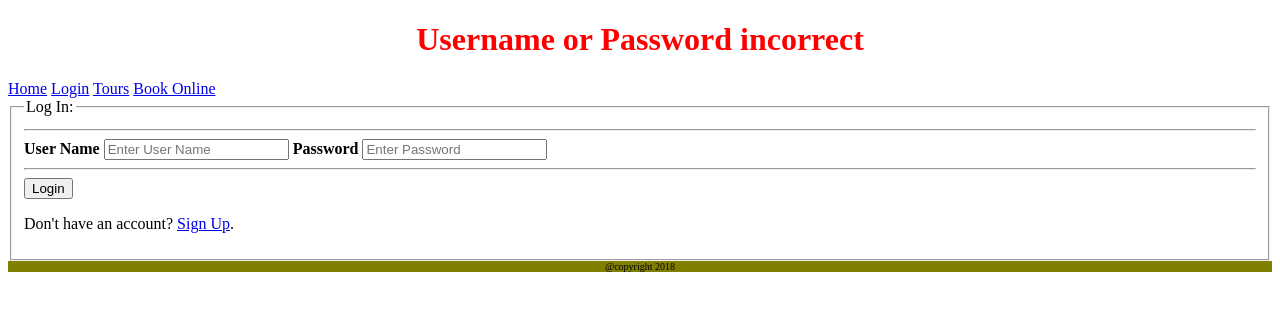
Repository: Rahim89/ANYFT
Page: http://localhost/CaseStudy/WEB-INF/views/errorPage.jsp
The author's editor kept a copy of each file at every save. The page is drawn from the files as they stood at one save, then again after the next save.
The browser window is 1280 px wide. The pictures show the whole page.
The page is served by Tomcat 9. Nobody is signed in. The template is opened directly, without the code that normally fills it, so the values that code supplies are empty.

Above is the page before, as saved 2018-09-17 18:09:57.

After the next save:
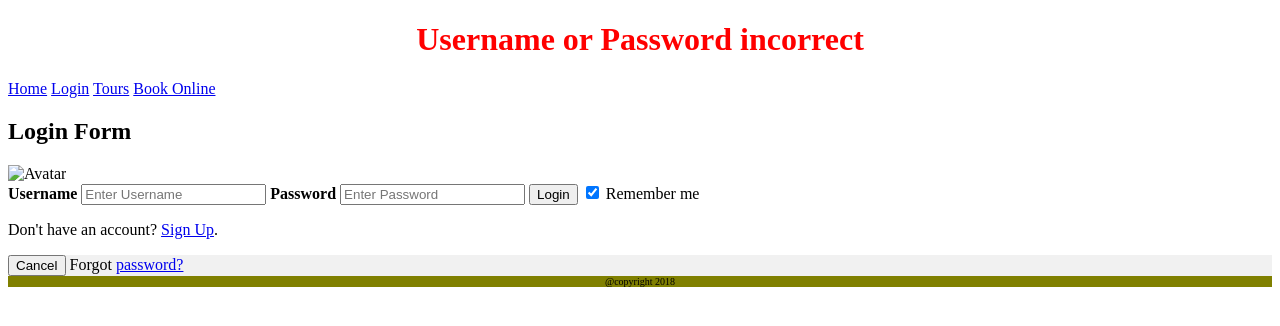
Not found: CaseStudy/CaseStudy/WEB-INF/views/img_avatar2.png
Saved 7 min 59 s later.
--- a/CaseStudy/WebContent/WEB-INF/views/login.jsp
+++ b/CaseStudy/WebContent/WEB-INF/views/login.jsp
@@ -11,30 +11,38 @@
     <%@include file="header.jsp" %>
     </div>
 
-	<form action="userverification" method="post">
-	  <fieldset>
-	    <legend>Log In:</legend>
+	<h2>Login Form</h2>
 
-	    <div class="container">
-    <hr>
+<form action="/home">
+  <div class="imgcontainer">
+    <img src="img_avatar2.png" alt="Avatar" class="avatar">
+  </div>
 
-	<label for="text"><b>User Name</b></label>
-    <input type="text" placeholder="Enter User Name" name="username" required/>
+  <div class="container">
+    <label for="uname"><b>Username</b></label>
+    <input type="text" placeholder="Enter Username" name="userName" required>
 
     <label for="psw"><b>Password</b></label>
-    <input type="password" placeholder="Enter Password" name="password" required/>
+    <input type="password" placeholder="Enter Password" name="password" required>
 
-	<hr>
-
-	    <button type="submit" class="registerbtn">Login</button>
-	    </div>
-
-	    <div class="container signin">
+    <button type="submit">Login</button>
+    <label>
+      <input type="checkbox" checked="checked" name="remember"> Remember me
+    </label>
+  </div>
+	 <div class="container signin">
    		 <p>Don't have an account? <a href="registration">Sign Up</a>.</p>
   		</div>
+  <div class="container" style="background-color:#f1f1f1">
+    <button type="button" class="cancelbtn">Cancel</button>
+    <span class="psw">Forgot <a href="#">password?</a></span>
+  </div>
+</form>
 
-	  </fieldset>
-	</form>
+
+
+
+
 
 	<div>
     <%@include file="footer.jsp" %>
